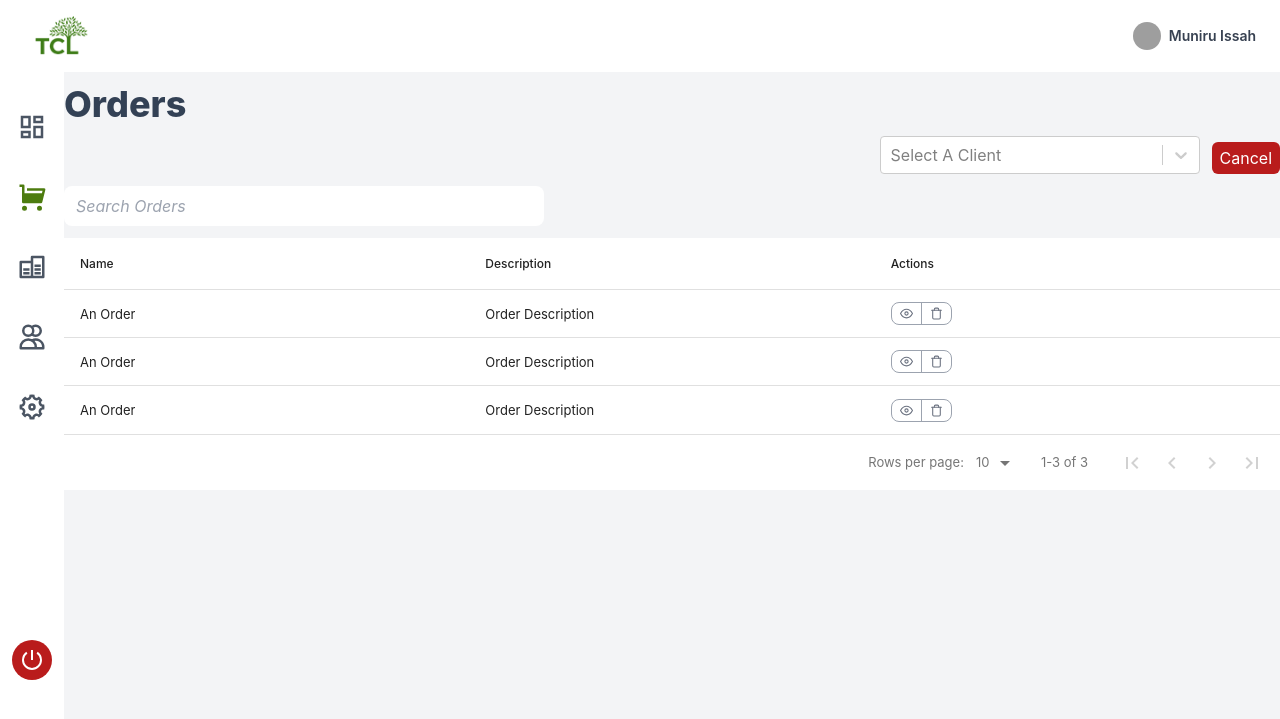
Repository: issah-gaisie/timber
Page: /dashboard/orders, after clicking the first element matching `button.rounded`
An editor plug-in stored every save of this project. The page is shown before and after the next save, followed by the edit.
The browser window is 1280 px wide. The pictures show the whole page.
Pictures or frames that could not be fetched are drawn as grey boxes. The project was rebuilt for these pictures with package versions that can differ from the ones it lists, and the page was loaded fresh each time. Also part of the build but not shown: src/App.css, src/components/Input.js, src/components/Login.js, src/components/Auth.js, src/components/ResetPassword/PasswordReset.js, src/components/ResetPassword/PasswordResetSent.js, src/components/Dashboard/sub-components/ProfilePopup.js, src/components/PrivateRoute.js and 47 more.

Above is the page before, as saved 2022-04-02 12:10:08.

### src/App.js
import logo from "./logo.svg";
import "./App.css";
import { Navigate, Route, Routes, Outlet } from "react-router-dom";
import Login from "./components/Login";

import Auth from "./components/Auth";
import { Toaster } from "react-hot-toast";

import PasswordReset from "./components/ResetPassword/PasswordReset";
import PasswordResetSent from "./components/ResetPassword/PasswordResetSent";
import Dashboard from "./components/Dashboard/Dashboard";
// Auth Wrapper
import PrivateRoute from "./components/PrivateRoute";
import Users from "./components/Dashboard/Users/Users";
import DashboardMain from "./components/Dashboard/DashboardMain";

// All Dashboard Profile Routes
import Profile from "./components/Dashboard/Profile/Profile";
import PersonalDetails from "./components/Dashboard/Profile/PersonalDetails";
import ChangePassword from "./components/Dashboard/Profile/ChangePassword";
import AllUsers from "./components/Dashboard/Users/AllUsers";
import ActiveUsers from "./components/Dashboard/Users/ActiveUsers";
import DeactivatedUsers from "./components/Dashboard/Users/DeactivatedUsers";
import AddANewUser from "./components/Dashboard/Users/AddANewUser";
import UserDetails from "./components/Dashboard/Users/UserDetails";
import EditUser from "./components/Dashboard/Users/EditUser";
import ExportUsers from "./components/Dashboard/Users/ExportUsers";
// All Dashboard Stock Management Routes
import StockManagement from "./components/Dashboard/StockManagement/StockManagement";
import AddConcession from "./components/Dashboard/StockManagement/Concession/AddConcession";
import AddCompartment from "./components/Dashboard/StockManagement/Compartment/AddCompartment";
import Trees from "./components/Dashboard/StockManagement/Tree/Trees";
import AddTree from "./components/Dashboard/StockManagement/Tree/AddTree";
import EditTree from "./components/Dashboard/StockManagement/Tree/EditTree";
import Species from "./components/Dashboard/StockManagement/Specie/Species";
import AddSpecies from "./components/Dashboard/StockManagement/Specie/AddSpecies";
import EditSpecies from "./components/Dashboard/StockManagement/Specie/EditSpecies";
import Concessions from "./components/Dashboard/StockManagement/Concession/Concessions";
import EditConcession from "./components/Dashboard/StockManagement/Concession/EditConcession";
import EditCompartment from "./components/Dashboard/StockManagement/Compartment/EditCompartment";
import Compartments from "./components/Dashboard/StockManagement/Compartment/Compartments";
import Products from "./components/Dashboard/StockManagement/Product/Products";
import AddProduct from "./components/Dashboard/StockManagement/Product/AddProduct";
import EditProduct from "./components/Dashboard/StockManagement/Product/EditProduct";
import Teams from "./components/Dashboard/StockManagement/Team/Teams";
import AddTeam from "./components/Dashboard/StockManagement/Team/AddTeam";
import EditTeam from "./components/Dashboard/StockManagement/Team/EditTeam";
import ClientUsers from "./components/Dashboard/Users/ClientUsers";
import InternalUsers from "./components/Dashboard/Users/InternalUsers";
import ProductTypes from "./components/Dashboard/StockManagement/ProductType/ProductTypes";
import AddProductType from "./components/Dashboard/StockManagement/ProductType/AddProductType";
import EditProductType from "./components/Dashboard/StockManagement/ProductType/EditProductType";
import Orders from "./components/Dashboard/Orders/Orders";
import AllOrders from "./components/Dashboard/Orders/AllOrders";

// All Dashboard Users Routes
function App() {
  return (
    <>
      <Routes>
        {/* Auth Routes */}
        <Route path="/" element={<Auth />}>
          <Route path="" element={<Navigate replace to="login" />} />
          <Route path="login" element={<Login />} />
          <Route path="password-reset" element={<PasswordReset />} />
          <Route path="password-reset-sent" element={<PasswordResetSent />} />
        </Route>
        {/* Dashboard Routes */}
        <Route
          path="dashboard"
          element={
            <PrivateRoute>
              <Dashboard />
            </PrivateRoute>
          }
        >
          <Route index element={<Navigate to="main" replace />} />
          {/* Main Dashboard Page */}
          <Route path="main" element={<DashboardMain />} />
          {/* Admin Dashboard Users */}
          <Route path="users" element={<Users />}>
            <Route index element={<Navigate to="all" replace />} />
            <Route path="all" element={<AllUsers />} />
            <Route path="active" element={<ActiveUsers />} />
            <Route path="deactivated" element={<DeactivatedUsers />} />
            <Route path="client" element={<ClientUsers />} />
            <Route path="internal" element={<InternalUsers />} />

            <Route path=":id" element={<UserDetails />} />
            <Route path=":id/edit" element={<EditUser />} />
            <Route path="add" element={<AddANewUser />} />
            <Route path="export" element={<ExportUsers />} />
          </Route>
          {/* Dashboard Profile Section */}
          <Route path="profile" element={<Profile />}>
            <Route index element={<Navigate to="personal-details" replace />} />
            <Route path="personal-details" element={<PersonalDetails />} />
            <Route path="change-password" element={<ChangePassword />} />
          </Route>
          {/* Dashboard Order Section */}
          <Route path="orders" element={<Orders />}>
            <Route index element={<Navigate to="all" replace />} />
            <Route path="all" element={<AllOrders />} />
            <Route path="change-password" element={<ChangePassword />} />
          </Route>
          {/* Dashboard Stock Management Section */}
          <Route path="stock-management" element={<StockManagement />}>
            <Route index element={<Navigate to="concession" replace />} />
            {/* Concession */}
            <Route path="concession" element={<OutLetShell />}>
              <Route index element={<Concessions />} />
              <Route path="add" element={<AddConcession />} />
              <Route path=":id" element={<EditConcession />} />
            </Route>
            {/* Compartment */}
            <Route path="compartment" element={<OutLetShell />}>
              <Route index element={<Compartments />} />
              <Route path="add" element={<AddCompartment />} />
              <Route path=":id" element={<EditCompartment />} />
            </Route>
            {/* Trees */}
            <Route path="trees" element={<OutLetShell />}>
              <Route index element={<Trees />} />
              <Route path="add" element={<AddTree />} />
              <Route path=":id" element={<EditTree />} />
            </Route>
            {/* Species */}
            <Route path="species" element={<OutLetShell />}>
              <Route index element={<Species />} />
              <Route path="add" element={<AddSpecies />} />
              <Route path=":id" element={<EditSpecies />} />
            </Route>
            {/* Products */}
            <Route path="products" element={<OutLetShell />}>
              <Route index element={<Products />} />
              <Route path="add" element={<AddProduct />} />
              <Route path=":id" element={<EditProduct />} />
            </Route>
            {/* Product Types */}
            <Route path="product-types" element={<OutLetShell />}>
              <Route index element={<ProductTypes />} />
              <Route path="add" element={<AddProductType />} />
              <Route path=":id" element={<EditProductType />} />
            </Route>
            {/* Teams */}
            <Route path="teams" element={<OutLetShell />}>
              <Route index element={<Teams />} />
              <Route path="add" element={<AddTeam />} />
              <Route path=":id" element={<EditTeam />} />
            </Route>
          </Route>
        </Route>
      </Routes>
      <Toaster />
    </>
  );
}

export default App;

const OutLetShell = () => (
  <>
    <Outlet />
  </>
);

// OLD SIGN UP ROUTES
// import Signup from "./components/Signup";
// import PersonalDetails from "./components/Signup/PersonalDetails";
// import AddressInfo from "./components/Signup/AddressInfo";
// import ImageFiles from "./components/Signup/ImageFiles";
// import PasswordSent from "./components/Signup/PasswordSent";

// <Route path="signup" element={<Signup />}>
// <Route
//   path=""
//   element={<Navigate replace to="personal-details" />}
// />
// <Route path="personal-details" element={<PersonalDetails />} />
// <Route path="address" element={<AddressInfo />} />
// <Route path="image" element={<ImageFiles />} />
// </Route>
/* <Route path="password-sent" element={<PasswordSent />} /> */

### src/components/Dashboard/Dashboard.js
//Dashboard Component

import React, { useMemo, useState } from "react";
import logo from "../../assets/TCL2.png";
import profile from "../../assets/man_cutting_timber.jpg";

import { FaAngleDown, FaAngleUp } from "react-icons/fa";
import { Outlet, useLocation } from "react-router-dom";
import Sidebar from "./sub-components/Sidebar";
import ProfilePopup from "./sub-components/ProfilePopup";
import FloatingBottomNavBar from "./sub-components/FloatingBottomNavBar";

//Main Dashboard Component
const Dashboard = () => {
  const location = useLocation();
  console.log({ location });
  const [showPopup, setShowPopup] = useState(false);
  const togglePopup = () => setShowPopup((previousState) => !previousState);

  const arrow = useMemo(
    () => (showPopup ? <FaAngleUp /> : <FaAngleDown />),
    [showPopup]
  );

  return (
    <div className="flex flex-col h-screen w-screen bg-gray-100">
      {/* Dashboard Header */}
      <header className="flex justify-between items-center h-[10vh] shadow-sm bg-white px-2 md:px-6 relative">
        <img src={logo} alt="tcl" className="h-10 w-auto object-contain" />
        <div className="flex justify-center items-center space-x-2 pointer">
          <div
            className="h-7 w-7 rounded rounded-full bg-green-700 bg-cover bg-no-repeat bg-center"
            style={{ backgroundImage: `url(${profile})` }}
          ></div>
          <span className="hidden md:block text-gray-700 text-sm font-semibold ml-3">
            Muniru Issah
          </span>
        </div>
      </header>
      {/* Dashboard Main */}
      <main className="flex w-full h-[90vh] relative">
        <Sidebar />
        <section className="w-full  h-[83vh] md:h-[88vh] scroll-smooth overflow-y-auto bg-gray-100">
          <Outlet />
        </section>
        <FloatingBottomNavBar />
      </main>
    </div>
  );
};

export default Dashboard;

### src/components/Dashboard/Orders/Orders.js
import React from "react";
import { Outlet } from "react-router-dom";
import { profileRoutes } from "../../../utils";
import DashboardTabLink from "../sub-components/DashboardTabLink";
const Orders = () => {
  return (
    <div className="w-full h-full  flex flex-col items-start">
      <h1 className="text-4xl font-extrabold my-3 text-slate-700">Orders</h1>
      {/* <nav className="w-full text-left py-5 border-b border-gray-300 mb-2 flex flex-wrap">
        {profileRoutes.map((route) => (
          <DashboardTabLink {...route} />
        ))}
      </nav> */}
      <Outlet />
    </div>
  );
};

export default Orders;

### src/components/Dashboard/Orders/AllOrders.js
import React from "react";
import DataTable from "react-data-table-component";
import { useNavigate } from "react-router-dom";
import Search from "../StockManagement/sub-components/Search";
import TableActions from "../StockManagement/sub-components/TableActions";
import { useState } from "react";
import FilterByClient from "./sub-components/FilterByClient";
import { useEffect } from "react";
const AllOrders = () => {
  const navigate = useNavigate();
  const [shouldFilter, setShouldFilter] = useState(false);
  const [filter, setFilter] = useState("");

  useEffect(() => {
      console.log({shouldFilter},{filter})
  }, [shouldFilter,filter]);

  const toggleShouldFilter = () => setShouldFilter((prevState) => !prevState);
  const compartmentColumns = [
    {
      name: "Name",
      selector: (row) => row.orderName,
    },
    {
      name: "Description",
      selector: (row) => row.description,
    },
    // {
    //   name: "Active",
    //   selector: (row) =>
    //     row.isActive ? (
    //       <ActivePill>Active</ActivePill>
    //     ) : (
    //       <InactivePill>Inactive</InactivePill>
    //     ),
    // },
    {
      name: "Actions",
      selector: (row) => (
        <div>
          <TableActions
            viewAction={() => navigate(`${row.id}`)}
            deleteAction={() =>
              window.confirm(`Are you sure you want to delete this compartment`)
            }
          />
        </div>
      ),
    },
  ];
  return (
    <div className="w-full">
      {/* <AddnExport /> */}
      <FilterByClient
        filter={filter}
        changeHandler={setFilter}
        shouldFilter={shouldFilter}
        toggleFilters={toggleShouldFilter}
      />
      <Search placeholder="Search Orders" />
      <DataTable
        className="w-full rounded rounded-lg"
        columns={compartmentColumns}
        data={data}
        pagination
      />
    </div>
  );
};

export default AllOrders;

const data = [
  {
    id: 1,
    orderName: "An Order",
    description: "Order Description",
    isActive: true,
  },
  {
    id: 2,
    orderName: "An Order",
    description: "Order Description",
    isActive: true,
  },
  {
    id: 3,
    orderName: "An Order",
    description: "Order Description",
    isActive: false,
  },
];

### src/components/Dashboard/sub-components/Sidebar.js
import React from "react";
import { RiShutDownLine } from "react-icons/ri";
import { NavLink } from "react-router-dom";
import { dashboardNavigation } from "../../../utils";
const Sidebar = () => {
  return (
    <nav className="h-full bg-white shadow-xs min-w-[4rem] basis-[5%] flex-col items-center justify-between  hidden md:flex">
      <div className="flex flex-col justify-center space-y-10 pt-10">
        {dashboardNavigation.map((navItem, index) => (
          <NavLink key={index} to={navItem.path} className="group">
            {({ isActive }) => (
              <>
                <navItem.Icon
                  className={
                    isActive
                      ? "hidden"
                      : "text-3xl text-gray-600 group-hover:hidden"
                  }
                />

                <navItem.IconFilled
                  className={
                    isActive
                      ? "text-3xl text-lime-700"
                      : "hidden text-3xl text-lime-700 group-hover:block"
                  }
                />
              </>
            )}
          </NavLink>
        ))}
      </div>

      <div className=" flex justify-center items-center bg-red-700 hover:bg-red-900 p-2 rounded rounded-full mb-10">
        <RiShutDownLine className="text-2xl text-white" />
      </div>
    </nav>
  );
};

export default Sidebar;

### src/components/Dashboard/sub-components/FloatingBottomNavBar.js
import React from "react";
import { RiShutDownLine } from "react-icons/ri";
import { NavLink } from "react-router-dom";
import { dashboardNavigation } from "../../../utils";

const FloatingBottomNavBar = () => {
  return (
    <nav className="flex md:hidden w-full items-center justify-around bg-white shadow-sm absolute bottom-0 h-[6vh]  m-auto">
      {dashboardNavigation.map((navItem, index) => (
        <NavLink key={index} to={navItem.path} className="group">
          {({ isActive }) => (
            <>
              <navItem.Icon
                className={
                  isActive
                    ? "hidden"
                    : "text-xl text-gray-600 group-hover:hidden"
                }
              />

              <navItem.IconFilled
                className={
                  isActive
                    ? "text-xl text-lime-700"
                    : "hidden text-xl text-lime-700 group-hover:block"
                }
              />
            </>
          )}
        </NavLink>
      ))}
      <div className="">
        <RiShutDownLine className="text-xl text-red-600" />
      </div>
    </nav>
  );
};

export default FloatingBottomNavBar;

### src/utils/index.js
import {
  RiDashboardFill,
  RiDashboardLine,
  RiSettings5Fill,
  RiSettings5Line,
  RiDatabaseFill,
  RiDatabaseLine,
  RiShoppingCartLine,
  RiShoppingCartFill
} from "react-icons/ri";
import { HiUsers, HiOutlineUsers } from "react-icons/hi";
import manCTimber from "../assets/man_cutting_timber.jpg";
// sidebar utils
export const dashboardNavigation = [
  {
    name: "Dashboard",
    IconFilled: (props) => <RiDashboardFill {...props} />,
    Icon: (props) => <RiDashboardLine {...props} />,
    path: "main",
  },
  {
    name: "Orders",
    IconFilled: (props) => <RiShoppingCartFill {...props} />,
    Icon: (props) => <RiShoppingCartLine {...props} />,
    path: "orders",
  },
  {
    name: "Stock Management",
    IconFilled: (props) => <RiDatabaseFill {...props} />,
    Icon: (props) => <RiDatabaseLine {...props} />,
    path: "stock-management",
  },
  {
    name: "Users",
    IconFilled: (props) => <HiUsers {...props} />,
    Icon: (props) => <HiOutlineUsers {...props} />,
    path: "users",
  },
  {
    name: "Profile",
    IconFilled: (props) => <RiSettings5Fill {...props} />,
    Icon: (props) => <RiSettings5Line {...props} />,
    path: "profile",
  },
];

// ROUTES FOR THE PROFILE SECTION  IN THE DASHBOARD
export const profileRoutes = [
  {
    name: "Personal Details",
    path: "personal-details",
  },
  {
    name: "Change Password",
    path: "change-password",
  },
];

// ROUTES FOR THE USERS SECTION IN THE DASHBOARD
export const userRoutes = [
  {
    name: "All Users",
    path: "all",
  },
  {
    name: "Active Users",
    path: "active",
  },
  {
    name: "Deactivated Users",
    path: "deactivated",
  },
  {
    name: "Client Users",
    path: "client",
  },
  {
    name: "Internal Users",
    path: "internal",
  },
];

// ROUTES FOR STOCK MANAGEMENT IN THE DASHBOARD
export const stockRoutes = [
  {
    name: "Concession",
    path: "concession",
  },
  {
    name: "Compartment",
    path: "compartment",
  },
  {
    name: "Species",
    path: "species",
  },
  {
    name: "Trees",
    path: "trees",
  },
  {
    name: "Teams",
    path: "teams",
  },
  {
    name: "Products",
    path: "products",
  },
  {
    name: "Product Types",
    path: "product-types",
  },
];

// TEST USERS
export const testUsers = [
  {
    id: 1,
    username: "Missah",
    firstName: "Issah",
    lastName: "Muniru",
    email: "issahmuniru@gmail.com",
    phoneNumber: "+23355345679",
    location: "Lakeside",
    address1: "Lakeside Barrier",
    address2: "Lakeside Second",
    role: "Admin",
    profileImage: manCTimber,
    active: false,
  },
  {
    id: 2,
    username: "ErnestGaisie",
    firstName: "Ernest",
    lastName: "Gaisie",
    email: "ernestgaisie@gmail.com",
    phoneNumber: "+23355234566",
    location: "Nungua",
    address1: "Nungua Barrier",
    address2: "Nungua Second",
    role: "Client User",
    profileImage: manCTimber,
    active: false,
  },
  {
    id: 3,
    username: "BotweIsaac",
    firstName: "Botwe",
    lastName: "Isaac",
    email: "botweisaac@gmail.com",
    phoneNumber: "+23355679905",
    location: "Labadi",
    address1: "Labadi Barrier",
    address2: "Labadi Second",
    role: "Internal User",
    profileImage: manCTimber,
    active: true,
  },
];

// DUMMY ROLES FOR USERS
export const userRoles = {
  CLIENT: "Client User",
  INTERNAL: "Internal User",
  ADMIN: "Admin",
};

export const testConcessions = [
  {
    id: 1,
    concessionName: "concession1",
    concessionSize: "10sqm",
    description: "A large concession",
    totalNumberOfTrees: 2000,
    address: "Manet Palms",
    permitNumber: "123456",
    permitExpiryDate: new Date().toISOString(),
    permitDocument: ".docsx",
  },
  {
    id: 2,
    concessionName: "concession2",
    concessionSize: "10sqm",
    description: "A large concession",
    totalNumberOfTrees: 2000,
    address: "Manet Palms",
    permitNumber: "123456",
    permitExpiryDate: new Date().toISOString(),
    permitDocument: ".docsx",
  },
  {
    id: 3,
    concessionName: "concession3",
    concessionSize: "10sqm",
    description: "A large concession",
    totalNumberOfTrees: 2000,
    address: "Manet Palms",
    permitNumber: "123456",
    permitExpiryDate: new Date().toISOString(),
    permitDocument: ".docsx",
  },
  {
    id: 4,
    concessionName: "concession4",
    concessionSize: "10sqm",
    description: "A large concession",
    totalNumberOfTrees: 2000,
    address: "Manet Palms",
    permitNumber: "123456",
    permitExpiryDate: new Date().toISOString(),
    permitDocument: ".docsx",
  },
  {
    id: 5,
    concessionName: "concession5",
    concessionSize: "10sqm",
    description: "A large concession",
    totalNumberOfTrees: 2000,
    address: "Manet Palms",
    permitNumber: "123456",
    permitExpiryDate: new Date().toISOString(),
    permitDocument: ".docsx",
  },
];

### src/components/Dashboard/StockManagement/sub-components/Search.js
import React from "react";

const Search = (props) => {
  return (
    <input
      type="search"
      className="text-gray-400 italic px-3 placeholder:text-gray-400 placeholder:italic h-10 w-full md:w-[30rem] bg-white focus:outline-2 focus:outline-tclPrimary/75 my-3 rounded rounded-lg"
      placeholder={props.placeholder ? props.placeholder : "Search ..."}
    />
  );
};

export default Search;

### src/components/Dashboard/StockManagement/sub-components/TableActions.js
import React from 'react'
import { FiEye, FiTrash } from 'react-icons/fi'
const TableActions = ({viewAction,deleteAction}) => {
  return (
    <div className='border border-gray-400 rounded rounded-lg'>
        <button className='text-gray-500 px-2 py-1 first:border-r first:border-gray-400 hover:bg-gray-700 hover:text-white' onClick={viewAction}><FiEye/></button>
        <button className='text-gray-500 px-2 py-1 hover:bg-red-700 hover:text-white' onClick={deleteAction}><FiTrash/></button>
    </div>
  )
}

export default TableActions

### src/components/Dashboard/Orders/sub-components/FilterByClient.js
import React from 'react'
import Select from 'react-select';


const testClients = [
    { label: "Ernest", value: "Ernest" },
    { label: "Earnest", value: "Earnest" },
    { label: "Ear-nest", value: "Ear-nest" },
  ];


const FilterByClient = ({
    filter,
    changeHandler,
    toggleFilters,
    shouldFilter,
  }) => {
    const cancelFiltersHandler = async () => {
      await changeHandler("");
      toggleFilters();
    };
    return (
      <div className="flex flex-col md:flex-row md:items-stretch md:space-x-3 justify-end">
        {shouldFilter && (
          <Select
            placeholder="Select A Client"
            onChange={(item) => changeHandler(item.value)}
            options={testClients}
            className="w-full md:w-[20rem] mb-3 md:mb-0"
            name="client"
          />
        )}
        {shouldFilter ? (
          <button
            className="rounded rounded-md bg-red-700 hover:bg-red-800 hover:shadow-md self-end md:self  text-white py-1 px-2"
            onClick={cancelFiltersHandler}
          >
            Cancel
          </button>
        ) : (
          <button
            className="rounded rounded-md bg-gray-700 hover:bg-gray-800 hover:shadow-md text-white self-end py-1.5 px-2"
            onClick={toggleFilters}
          >
            Filter by Client
          </button>
        )}
      </div>
    );
  };

export default FilterByClient

### tailwind.config.js
module.exports = {
  content: ["./src/**/*.{js,jsx,ts,tsx}"],
  theme: {
    extend: {
      colors: {
        tclPrimary: "#3e7c17",
      },
    },
  },
  plugins: [],
};

Loaded but not shown: public/index.html (common file); src/index.js (common file); src/index.css (common file); src/reportWebVitals.js (common file)

After the next save:
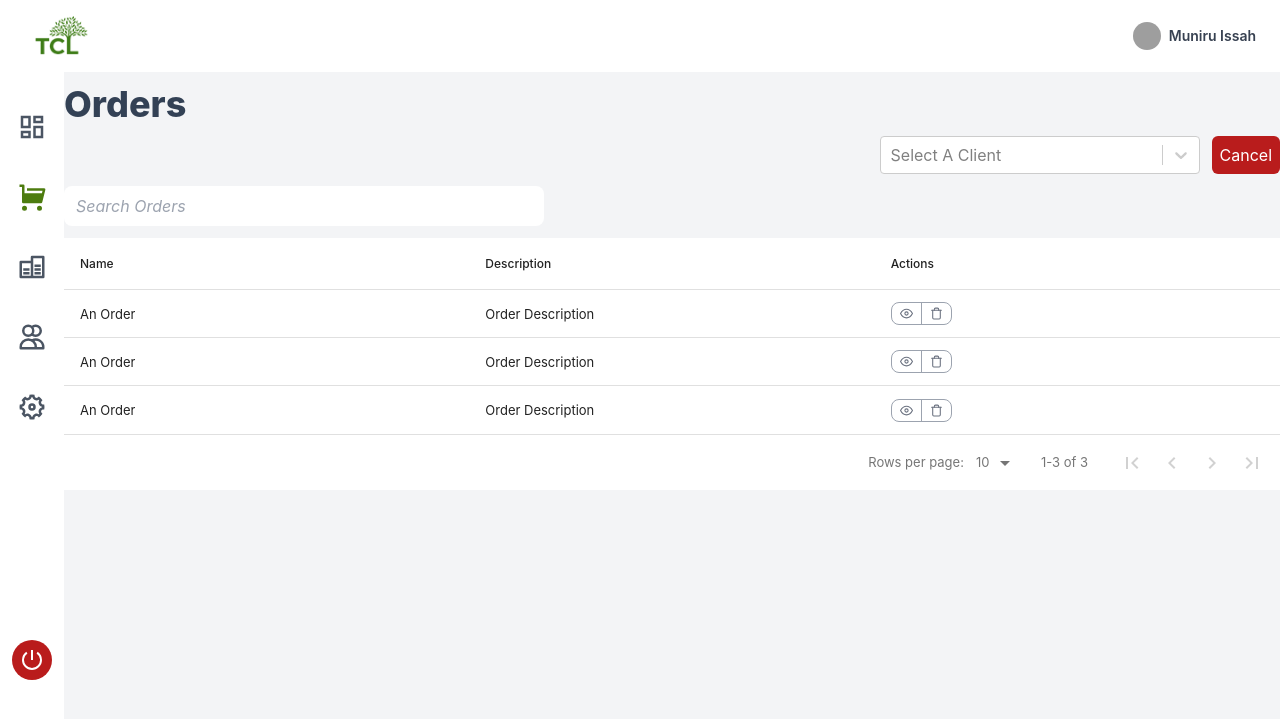
Saved 5 s later.
--- a/src/components/Dashboard/Orders/sub-components/FilterByClient.js
+++ b/src/components/Dashboard/Orders/sub-components/FilterByClient.js
@@ -32,7 +32,7 @@ const FilterByClient = ({
         )}
         {shouldFilter ? (
           <button
-            className="rounded rounded-md bg-red-700 hover:bg-red-800 hover:shadow-md self-end md:self  text-white py-1 px-2"
+            className="rounded rounded-md bg-red-700 hover:bg-red-800 hover:shadow-md self-end md:self-stretch  text-white py-1 px-2"
             onClick={cancelFiltersHandler}
           >
             Cancel
